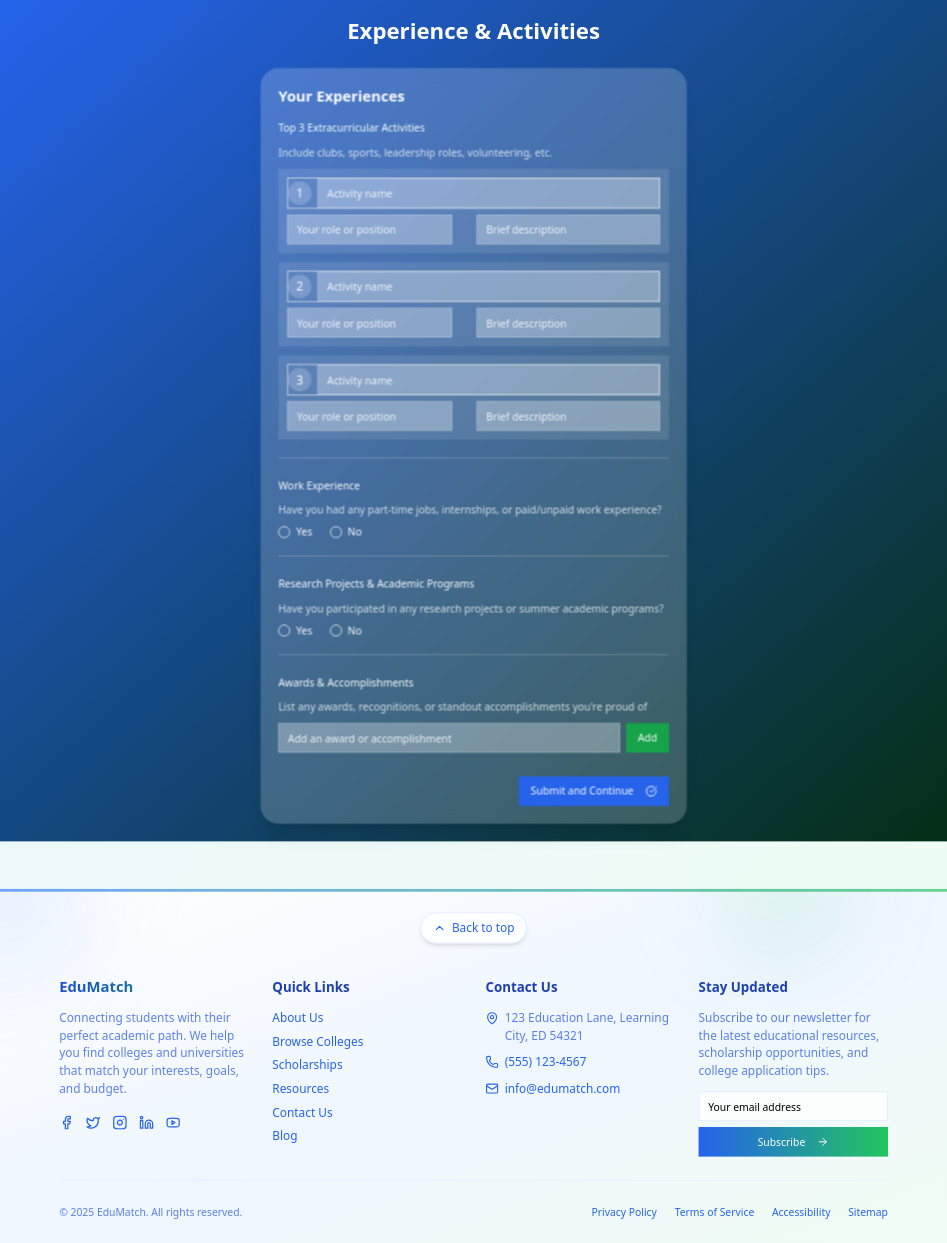
Repository: Kish202/EdTech
Page: /experience-activities
An editor plug-in stored every save of this project. The page is shown before and after a run of saves, followed by the edit.
The browser window is 1280 px wide. The pictures show the whole page, at 74% of full size.
The project was rebuilt for these pictures with package versions that can differ from the ones it lists, and the page was loaded fresh each time. Also part of the build but not shown: vite.config.js, src/components/sections/Navbar.jsx, src/components/registerforms/RegisterForm.jsx, src/components/sections/Hero.jsx, src/components/sections/Steps.jsx, src/components/ui/avatar.jsx, src/components/sections/Testmonials.jsx, src/components/ui/select.jsx and 12 more.

Above is the page before, as saved 2025-04-18 19:04:31.

### src/index.css

@import "slick-carousel/slick/slick.css";
@import "slick-carousel/slick/slick-theme.css";

@tailwind base;
@tailwind components;
@tailwind utilities;

### src/components/registerforms/Form4.jsx
import React, { useState, useEffect } from 'react';
import { Card, CardContent, CardFooter } from '@/components/ui/card';
import { Input } from '@/components/ui/input';
import { Button } from '@/components/ui/button';
import { Label } from '@/components/ui/label';
import { Textarea } from '@/components/ui/textarea';
import { RadioGroup, RadioGroupItem } from '@/components/ui/radio-group';
import { CheckCircle, AlertCircle, Trash2 } from 'lucide-react';
import { Badge } from '@/components/ui/badge';
import { Separator } from '@/components/ui/separator';

export default function ExperienceActivitiesCard() {
  // State for form data
  const [formData, setFormData] = useState({
    activities: [
      { name: '', description: '', role: '' },
      { name: '', description: '', role: '' },
      { name: '', description: '', role: '' }
    ],
    workExperience: {
      hasExperience: '',
      description: ''
    },
    researchExperience: {
      hasExperience: '',
      description: ''
    },
    awards: []
  });

  // State for new award input
  const [newAward, setNewAward] = useState('');

  // State for errors
  const [errors, setErrors] = useState({});

  // Load data from local storage on component mount
  useEffect(() => {
    const savedData = localStorage.getItem('experienceActivitiesData');
    if (savedData) {
      try {
        const parsedData = JSON.parse(savedData);
        setFormData(parsedData);
      } catch (e) {
        console.error("Error parsing saved data:", e);
      }
    }
  }, []);

  // Handle extracurricular activity input changes
  const handleActivityChange = (index, field, value) => {
    const updatedActivities = [...formData.activities];
    updatedActivities[index] = {
      ...updatedActivities[index],
      [field]: value
    };

    setFormData({
      ...formData,
      activities: updatedActivities
    });

    // Clear error when user types
    if (errors.activities) {
      setErrors({ ...errors, activities: '' });
    }
  };

  // Handle work experience radio selection
  const handleWorkExperienceToggle = (value) => {
    setFormData({
      ...formData,
      workExperience: {
        ...formData.workExperience,
        hasExperience: value
      }
    });

    // Clear error when user selects
    if (errors.workExperience) {
      setErrors({ ...errors, workExperience: '' });
    }
  };

  // Handle work experience description
  const handleWorkDescriptionChange = (e) => {
    setFormData({
      ...formData,
      workExperience: {
        ...formData.workExperience,
        description: e.target.value
      }
    });
  };

  // Handle research experience radio selection
  const handleResearchExperienceToggle = (value) => {
    setFormData({
      ...formData,
      researchExperience: {
        ...formData.researchExperience,
        hasExperience: value
      }
    });

    // Clear error when user selects
    if (errors.researchExperience) {
      setErrors({ ...errors, researchExperience: '' });
    }
  };

  // Handle research experience description
  const handleResearchDescriptionChange = (e) => {
    setFormData({
      ...formData,
      researchExperience: {
        ...formData.researchExperience,
        description: e.target.value
      }
    });
  };

  // Handle new award input
  const handleNewAwardChange = (e) => {
    setNewAward(e.target.value);
  };

  // Add a new award
  const addAward = () => {
    if (newAward.trim() !== '') {
      const updatedAwards = [...formData.awards, newAward.trim()];
      setFormData({
        ...formData,
        awards: updatedAwards
      });
      setNewAward('');

      // Clear error when user adds an award
      if (errors.awards) {
        setErrors({ ...errors, awards: '' });
      }
    }
  };

  // Remove an award
  const removeAward = (index) => {
    const updatedAwards = formData.awards.filter((_, i) => i !== index);
    setFormData({
      ...formData,
      awards: updatedAwards
    });
  };

  // Handle Enter key press on new award input
  const handleKeyPress = (e) => {
    if (e.key === 'Enter') {
      e.preventDefault();
      addAward();
    }
  };

  // Validate form
  const validateForm = () => {
    let formErrors = {};
    let isValid = true;

    // Validate at least one activity
    if (!formData.activities[0].name.trim()) {
      formErrors.activities = 'Please enter at least one extracurricular activity';
      isValid = false;
    }

    // Validate work experience selection
    if (!formData.workExperience.hasExperience) {
      formErrors.workExperience = 'Please select yes or no';
      isValid = false;
    }

    // If yes to work experience, validate description
    if (formData.workExperience.hasExperience === 'yes' &&
        !formData.workExperience.description.trim()) {
      formErrors.workExperienceDescription = 'Please provide details about your work experience';
      isValid = false;
    }

    // Validate research experience selection
    if (!formData.researchExperience.hasExperience) {
      formErrors.researchExperience = 'Please select yes or no';
      isValid = false;
    }

    // If yes to research experience, validate description
    if (formData.researchExperience.hasExperience === 'yes' &&
        !formData.researchExperience.description.trim()) {
      formErrors.researchExperienceDescription = 'Please provide details about your research experience';
      isValid = false;
    }

    setErrors(formErrors);
    return isValid;
  };

  // Handle submit button click
  const handleSubmit = () => {
    if (validateForm()) {
      // Store in local storage
      localStorage.setItem('experienceActivitiesData', JSON.stringify(formData));

      // Simulate navigation to next page
      alert("Data saved! Ready to navigate to the next page.");
      // In a real application, you would use something like:
      // navigate('/next-page');
    }
  };

  // Error message component
  const ErrorMessage = ({ error }) => {
    if (!error) return null;

    return (
      <div className="text-red-400 text-sm mt-1 flex items-center">
        <AlertCircle className="h-3 w-3 mr-1" />
        {error}
      </div>
    );
  };

  return (
    <div className="min-h-screen flex flex-col items-center justify-center p-6 bg-gradient-to-br from-blue-600 to-green-950">
      <h1 className="text-3xl font-bold text-white mb-8 text-center">
        Experience & Activities
      </h1>

      <Card className="bg-white/20 backdrop-blur-md shadow-xl border-0 transition-all duration-300 transform max-w-xl w-full rounded-3xl">
        <CardContent className="pt-6">
          <h2 className="text-xl font-semibold mb-4 text-white">Your Experiences</h2>

          <div className="space-y-6">
            {/* Extracurricular Activities */}
            <div className="space-y-3">
              <Label className="text-white font-medium">Top 3 Extracurricular Activities</Label>
              <p className="text-white/80 text-sm">
                Include clubs, sports, leadership roles, volunteering, etc.
              </p>

              {formData.activities.map((activity, index) => (
                <div key={index} className="space-y-2 bg-white/10 p-3 rounded-lg">
                  <div className="flex items-center  border">
                    <div className="flex  items-center justify-center bg-white/20 rounded-full w-8 h-8 mr-2 shrink-0">
                      <span className="text-white font-medium">{index + 1}</span>
                    </div>
                    <Input
                      value={activity.name}
                      onChange={(e) => handleActivityChange(index, 'name', e.target.value)}
                      className="bg-white/30 text-white placeholder:text-white/90 border-white/30"
                      placeholder={`Activity name`}
                    />
                  </div>

                  <div className="grid grid-cols-1 md:grid-cols-2 gap-2">
                    <Input
                      value={activity.role}
                      onChange={(e) => handleActivityChange(index, 'role', e.target.value)}
                      className="bg-white/30 text-white placeholder:text-white/90 border-white/30 w-[90%]"
                      placeholder="Your role or position"
                    />
                    <Input
                      value={activity.description}
                      onChange={(e) => handleActivityChange(index, 'description', e.target.value)}
                      className="bg-white/30 text-white placeholder:text-white/90 border-white/30"
                      placeholder="Brief description"
                    />
                  </div>
                </div>
              ))}

              {errors.activities && <ErrorMessage error={errors.activities} />}
            </div>

            <Separator className="bg-white/30" />

            {/* Work Experience */}
            <div className="space-y-3">
              <Label className="text-white font-medium">Work Experience</Label>
              <p className="text-white/80 text-sm">
                Have you had any part-time jobs, internships, or paid/unpaid work experience?
              </p>

              <RadioGroup
                value={formData.workExperience.hasExperience}
                onValueChange={handleWorkExperienceToggle}
                className="flex space-x-4"
              >
                <div className="flex items-center space-x-2">
                  <RadioGroupItem value="yes" id="work-yes" className="border-white text-white" />
                  <Label htmlFor="work-yes" className="text-white">Yes</Label>
                </div>
                <div className="flex items-center space-x-2">
                  <RadioGroupItem value="no" id="work-no" className="border-white text-white" />
                  <Label htmlFor="work-no" className="text-white">No</Label>
                </div>
              </RadioGroup>
              <ErrorMessage error={errors.workExperience} />

              {formData.workExperience.hasExperience === 'yes' && (
                <div className="space-y-2">
                  <Label htmlFor="workDescription" className="text-white/80 text-sm">
                    Please describe your work experience
                  </Label>
                  <Textarea
                    id="workDescription"
                    value={formData.workExperience.description}
                    onChange={handleWorkDescriptionChange}
                    className={`bg-white/30 text-white placeholder:text-white/90 min-h-24 ${
                      errors.workExperienceDescription ? 'border-red-400' : 'border-white/30'
                    }`}
                    placeholder="Describe your roles, responsibilities, and what you learned"
                  />
                  <ErrorMessage error={errors.workExperienceDescription} />
                </div>
              )}
            </div>

            <Separator className="bg-white/30" />

            {/* Research Experience */}
            <div className="space-y-3">
              <Label className="text-white font-medium">Research Projects & Academic Programs</Label>
              <p className="text-white/80 text-sm">
                Have you participated in any research projects or summer academic programs?
              </p>

              <RadioGroup
                value={formData.researchExperience.hasExperience}
                onValueChange={handleResearchExperienceToggle}
                className="flex space-x-4"
              >
                <div className="flex items-center space-x-2">
                  <RadioGroupItem value="yes" id="research-yes" className="border-white text-white" />
                  <Label htmlFor="research-yes" className="text-white">Yes</Label>
                </div>
                <div className="flex items-center space-x-2">
                  <RadioGroupItem value="no" id="research-no" className="border-white text-white" />
                  <Label htmlFor="research-no" className="text-white">No</Label>
                </div>
              </RadioGroup>
              <ErrorMessage error={errors.researchExperience} />

              {formData.researchExperience.hasExperience === 'yes' && (
                <div className="space-y-2">
                  <Label htmlFor="researchDescription" className="text-white/80 text-sm">
                    Please describe your research experience
                  </Label>
                  <Textarea
                    id="researchDescription"
                    value={formData.researchExperience.description}
                    onChange={handleResearchDescriptionChange}
                    className={`bg-white/30 text-white placeholder:text-white/90 min-h-24 ${
                      errors.researchExperienceDescription ? 'border-red-400' : 'border-white/30'
                    }`}
                    placeholder="Describe the research project or program, your role, and what you learned"
                  />
                  <ErrorMessage error={errors.researchExperienceDescription} />
                </div>
              )}
            </div>

            <Separator className="bg-white/30" />

            {/* Awards & Accomplishments */}
            <div className="space-y-3">
              <Label className="text-white font-medium">Awards & Accomplishments</Label>
              <p className="text-white/80 text-sm">
                List any awards, recognitions, or standout accomplishments you're proud of
              </p>

              {/* Awards list */}
              <div className="space-y-2">
                {formData.awards.map((award, index) => (
                  <div key={index} className="flex items-center bg-white/10 p-2 rounded-lg">
                    <div className="flex-1 text-white">{award}</div>
                    <Button
                      variant="ghost"
                      size="sm"
                      onClick={() => removeAward(index)}
                      className="text-white/70 hover:text-white hover:bg-white/20"
                    >
                      <Trash2 className="h-4 w-4" />
                    </Button>
                  </div>
                ))}
              </div>

              {/* New award input */}
              <div className="flex space-x-2">
                <Input
                  value={newAward}
                  onChange={handleNewAwardChange}
                  onKeyPress={handleKeyPress}
                  className="bg-white/30 text-white placeholder:text-white/90 border-white/30 flex-1"
                  placeholder="Add an award or accomplishment"
                />
                <Button
                  onClick={addAward}
                  className="bg-green-600 hover:bg-green-700 text-white"
                >
                  Add
                </Button>
              </div>
            </div>
          </div>
        </CardContent>

        <CardFooter className="flex justify-end pt-2 pb-6">
          <Button
            onClick={handleSubmit}
            className="bg-blue-600 hover:bg-blue-700 text-white"
          >
            Submit and Continue <CheckCircle className="ml-2 h-4 w-4" />
          </Button>
        </CardFooter>
      </Card>
    </div>
  );
}

### src/components/ui/button.jsx
import * as React from "react"
import { Slot } from "@radix-ui/react-slot"
import { cva } from "class-variance-authority";

import { cn } from "@/lib/utils"

const buttonVariants = cva(
  "inline-flex items-center justify-center gap-2 whitespace-nowrap rounded-md text-sm font-medium ring-offset-background transition-colors focus-visible:outline-none focus-visible:ring-2 focus-visible:ring-ring focus-visible:ring-offset-2 disabled:pointer-events-none disabled:opacity-50 [&_svg]:pointer-events-none [&_svg]:size-4 [&_svg]:shrink-0",
  {
    variants: {
      variant: {
        default: "bg-primary text-primary-foreground hover:bg-primary/90",
        destructive:
          "bg-destructive text-destructive-foreground hover:bg-destructive/90",
        outline:
          "border border-input bg-background hover:bg-accent hover:text-accent-foreground",
        secondary:
          "bg-secondary text-secondary-foreground hover:bg-secondary/80",
        ghost: "hover:bg-accent hover:text-accent-foreground",
        link: "text-primary underline-offset-4 hover:underline",
      },
      size: {
        default: "h-10 px-4 py-2",
        sm: "h-9 rounded-md px-3",
        lg: "h-11 rounded-md px-8",
        icon: "h-10 w-10",
      },
    },
    defaultVariants: {
      variant: "default",
      size: "default",
    },
  }
)

const Button = React.forwardRef(({ className, variant, size, asChild = false, ...props }, ref) => {
  const Comp = asChild ? Slot : "button"
  return (
    <Comp
      className={cn(buttonVariants({ variant, size, className }))}
      ref={ref}
      {...props} />
  );
})
Button.displayName = "Button"

export { Button, buttonVariants }

### src/components/ui/input.jsx
import * as React from "react"

import { cn } from "@/lib/utils"

const Input = React.forwardRef(({ className, type, ...props }, ref) => {
  return (
    <input
      type={type}
      className={cn(
        "flex h-10 w-full rounded-md border border-input bg-background px-3 py-2 text-base ring-offset-background file:border-0 file:bg-transparent file:text-sm file:font-medium file:text-foreground placeholder:text-muted-foreground focus-visible:outline-none focus-visible:ring-2 focus-visible:ring-ring focus-visible:ring-offset-2 disabled:cursor-not-allowed disabled:opacity-50 md:text-sm",
        className
      )}
      ref={ref}
      {...props} />
  );
})
Input.displayName = "Input"

export { Input }

### src/components/ui/card.jsx
import * as React from "react"

import { cn } from "@/lib/utils"

const Card = React.forwardRef(({ className, ...props }, ref) => (
  <div
    ref={ref}
    className={cn("rounded-lg border bg-card text-card-foreground shadow-sm", className)}
    {...props} />
))
Card.displayName = "Card"

const CardHeader = React.forwardRef(({ className, ...props }, ref) => (
  <div
    ref={ref}
    className={cn("flex flex-col space-y-1.5 p-6", className)}
    {...props} />
))
CardHeader.displayName = "CardHeader"

const CardTitle = React.forwardRef(({ className, ...props }, ref) => (
  <div
    ref={ref}
    className={cn("text-2xl font-semibold leading-none tracking-tight", className)}
    {...props} />
))
CardTitle.displayName = "CardTitle"

const CardDescription = React.forwardRef(({ className, ...props }, ref) => (
  <div
    ref={ref}
    className={cn("text-sm text-muted-foreground", className)}
    {...props} />
))
CardDescription.displayName = "CardDescription"

const CardContent = React.forwardRef(({ className, ...props }, ref) => (
  <div ref={ref} className={cn("p-6 pt-0", className)} {...props} />
))
CardContent.displayName = "CardContent"

const CardFooter = React.forwardRef(({ className, ...props }, ref) => (
  <div
    ref={ref}
    className={cn("flex items-center p-6 pt-0", className)}
    {...props} />
))
CardFooter.displayName = "CardFooter"

export { Card, CardHeader, CardFooter, CardTitle, CardDescription, CardContent }

### src/components/ui/accordion.jsx
import * as React from "react"
import * as AccordionPrimitive from "@radix-ui/react-accordion"
import { ChevronDown } from "lucide-react"

import { cn } from "@/lib/utils"

const Accordion = AccordionPrimitive.Root

const AccordionItem = React.forwardRef(({ className, ...props }, ref) => (
  <AccordionPrimitive.Item ref={ref} className={cn("border-b", className)} {...props} />
))
AccordionItem.displayName = "AccordionItem"

const AccordionTrigger = React.forwardRef(({ className, children, ...props }, ref) => (
  <AccordionPrimitive.Header className="flex">
    <AccordionPrimitive.Trigger
      ref={ref}
      className={cn(
        "flex flex-1 items-center justify-between py-4 font-medium transition-all hover:underline [&[data-state=open]>svg]:rotate-180",
        className
      )}
      {...props}>
      {children}
      <ChevronDown className="h-4 w-4 shrink-0 transition-transform duration-200" />
    </AccordionPrimitive.Trigger>
  </AccordionPrimitive.Header>
))
AccordionTrigger.displayName = AccordionPrimitive.Trigger.displayName

const AccordionContent = React.forwardRef(({ className, children, ...props }, ref) => (
  <AccordionPrimitive.Content
    ref={ref}
    className="overflow-hidden text-sm transition-all data-[state=closed]:animate-accordion-up data-[state=open]:animate-accordion-down"
    {...props}>
    <div className={cn("pb-4 pt-0", className)}>{children}</div>
  </AccordionPrimitive.Content>
))

AccordionContent.displayName = AccordionPrimitive.Content.displayName

export { Accordion, AccordionItem, AccordionTrigger, AccordionContent }

### src/components/ui/radio-group.jsx
import * as React from "react"
import * as RadioGroupPrimitive from "@radix-ui/react-radio-group"
import { Circle } from "lucide-react"

import { cn } from "@/lib/utils"

const RadioGroup = React.forwardRef(({ className, ...props }, ref) => {
  return (<RadioGroupPrimitive.Root className={cn("grid gap-2", className)} {...props} ref={ref} />);
})
RadioGroup.displayName = RadioGroupPrimitive.Root.displayName

const RadioGroupItem = React.forwardRef(({ className, ...props }, ref) => {
  return (
    <RadioGroupPrimitive.Item
      ref={ref}
      className={cn(
        "aspect-square h-4 w-4 rounded-full border border-primary text-primary ring-offset-background focus:outline-none focus-visible:ring-2 focus-visible:ring-ring focus-visible:ring-offset-2 disabled:cursor-not-allowed disabled:opacity-50",
        className
      )}
      {...props}>
      <RadioGroupPrimitive.Indicator className="flex items-center justify-center">
        <Circle className="h-2.5 w-2.5 fill-current text-current" />
      </RadioGroupPrimitive.Indicator>
    </RadioGroupPrimitive.Item>
  );
})
RadioGroupItem.displayName = RadioGroupPrimitive.Item.displayName

export { RadioGroup, RadioGroupItem }

Loaded but not shown: index.html (common file); src/main.jsx (common file); src/App.css (common file); src/lib/utils.js (common file); src/components/ui/label.jsx (common file); src/components/ui/separator.jsx (common file); tailwind.config.js (158 lines, source omitted); src/components/sections/Footer.jsx (229 lines, source omitted); src/App.jsx (53 lines, source omitted)

After the next 2 saves:
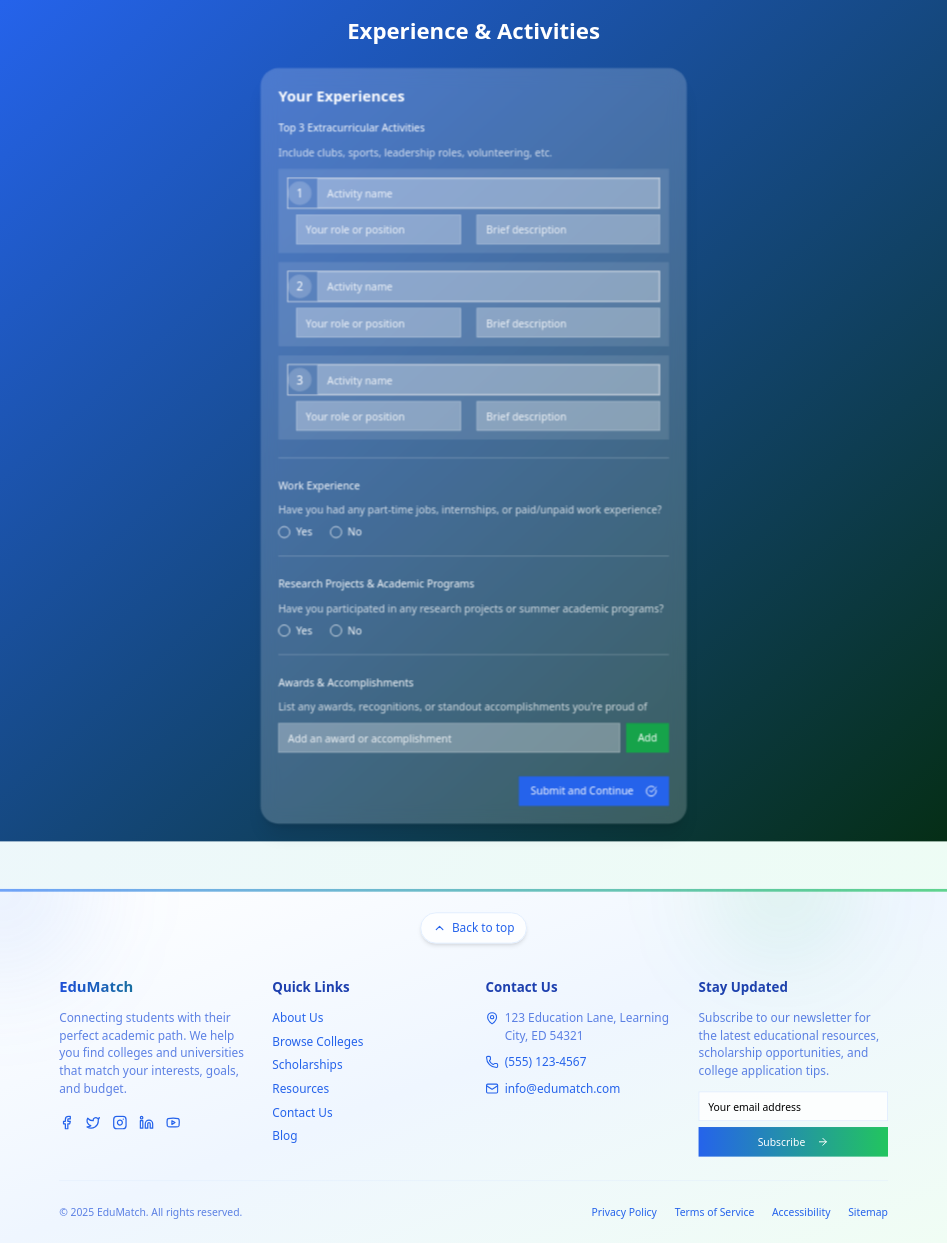
The 2 saves are shown as one change because they came seconds apart.
The last was saved 9 s later.
--- a/src/components/registerforms/Form4.jsx
+++ b/src/components/registerforms/Form4.jsx
@@ -261,7 +261,7 @@ export default function ExperienceActivitiesCard() {
                     <Input
                       value={activity.role}
                       onChange={(e) => handleActivityChange(index, 'role', e.target.value)}
-                      className="bg-white/30 text-white placeholder:text-white/90 border-white/30 w-[90%]"
+                      className="bg-white/30 text-white placeholder:text-white/90 border-white/30 w-[90%] ml-3"
                       placeholder="Your role or position"
                     />
                     <Input
